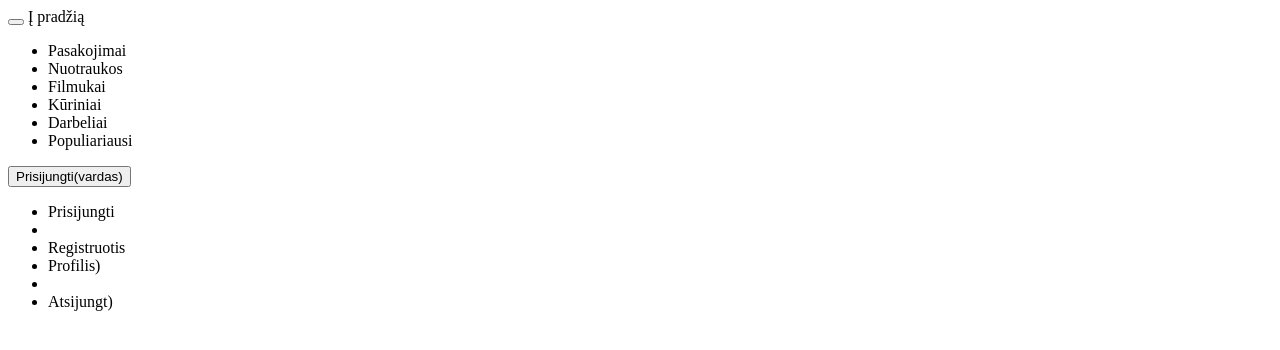
Repository: Skaidrius/Blogas
Page: templates/partials/header.html
The author's editor kept a record of every edit. The page is drawn from the files as they stood at one moment, then again after the next edit.
The browser window is 1280 px wide. The pictures show the whole page.

Above is the page before.

### templates/partials/header.html
<!--header.html-->
<!--Navigation-->
<nav class="navbar navbar-default navbar-fixed-top navbarheight" ng-controller="NavBarController">
  <div class="container-fluid">
    <div class="navbar-header">
      <button type="button" class="navbar-toggle" data-toggle="collapse" data-target=".navbar-collapse" ng-click="isCollapsed = !isCollapsed">
        <span class="icon-bar"></span>
        <span class="icon-bar"></span>
        <span class="icon-bar"></span>
      </button>
      <a class="nav navbar-brand downabit" ui-sref="home" ng-click="filters.type = ''">Į pradžią</a>
    </div>
    <div class="collapse navbar-collapse" collapse="isCollapsed">
      <ul class="nav navbar-nav">
        <li><a class="text-center" ui-sref="tales"      ng-click="filters.type = 'tales'" >   Pasakojimai</a></li>
        <li><a class="text-center" ui-sref="photos"     ng-click="filters.type = 'photos'">   Nuotraukos</a></li>
        <li><a class="text-center" ui-sref="videos"     ng-click="filters.type = 'videos'">   Filmukai</a></li>
        <li><a class="text-center" ui-sref="arts"       ng-click="filters.type = 'arts'">     Kūriniai</a></li>
        <li><a class="text-center" ui-sref="creations"  ng-click="filters.type = 'creations'">Darbeliai</a></li>
        <li><a class="text-center" ui-sref="popular"    ng-click="filters.type = 'popular'">  Populiariausi</a></li>
      </ul>

      <!--<ul class="nav navbar-nav navbar-right" ng-controller="LoginController">-->
      <!--  <li><a class="text-center" ng-click="open('templates/signup.html')"><span class="fa fa-user"></span> Registruotis(vardas/profilis)</a></li>-->
      <!--  <li><a class="text-center" ng-click="open('templates/login.html')"><span class="fa fa-key"></span> Prisijungti(atsijungt)</a></li>-->
      <!--</ul>-->


    <div class="btn-group navbar-right" dropdown is-open="status.isopen" ng-controller="LoginController">
      <button type="button" class="navbar dropdown-toggle downabit" dropdown-toggle ng-disabled="disabled">
        <span class="fa fa-key"></span> Prisijungti(vardas) <span class="caret"></span>
      </button>
      <ul class="dropdown-menu" role="menu">
        <li><a class="text-center" ng-click="open('templates/login.html')"><span class="fa fa-key"></span> Prisijungti</a></li>
        <li class="divider"></li>
        <li><a class="text-center" ng-click="open('templates/signup.html')"><span class="fa fa-users"></span> Registruotis</a></li>
        <li><a class="text-center" ng-click="open('templates/profile.html')"><span class="fa fa-user"></span> Profilis)</a></li>
        <li class="divider"></li>
        <li><a class="text-center" ng-click=""><span class="fa fa-key"></span> Atsijungt)</a></li>
      </ul>
    </div>


    </div>
  </div>
</nav>

After the next edit:
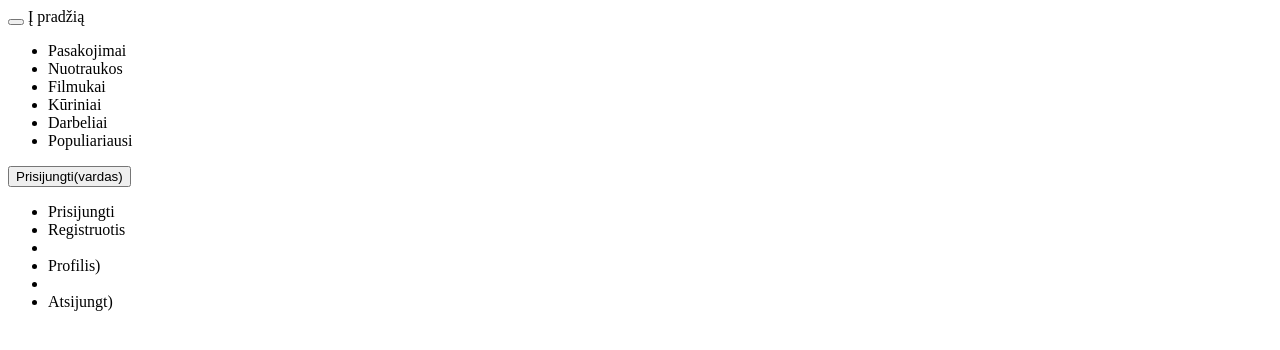
The edit:
--- a/templates/partials/header.html
+++ b/templates/partials/header.html
@@ -20,25 +20,19 @@
         <li><a class="text-center" ui-sref="popular"    ng-click="filters.type = 'popular'">  Populiariausi</a></li>
       </ul>
 
-      <!--<ul class="nav navbar-nav navbar-right" ng-controller="LoginController">-->
-      <!--  <li><a class="text-center" ng-click="open('templates/signup.html')"><span class="fa fa-user"></span> Registruotis(vardas/profilis)</a></li>-->
-      <!--  <li><a class="text-center" ng-click="open('templates/login.html')"><span class="fa fa-key"></span> Prisijungti(atsijungt)</a></li>-->
-      <!--</ul>-->
-
-
-    <div class="btn-group navbar-right" dropdown is-open="status.isopen" ng-controller="LoginController">
-      <button type="button" class="navbar dropdown-toggle downabit" dropdown-toggle ng-disabled="disabled">
-        <span class="fa fa-key"></span> Prisijungti(vardas) <span class="caret"></span>
-      </button>
-      <ul class="dropdown-menu" role="menu">
-        <li><a class="text-center" ng-click="open('templates/login.html')"><span class="fa fa-key"></span> Prisijungti</a></li>
-        <li class="divider"></li>
-        <li><a class="text-center" ng-click="open('templates/signup.html')"><span class="fa fa-users"></span> Registruotis</a></li>
-        <li><a class="text-center" ng-click="open('templates/profile.html')"><span class="fa fa-user"></span> Profilis)</a></li>
-        <li class="divider"></li>
-        <li><a class="text-center" ng-click=""><span class="fa fa-key"></span> Atsijungt)</a></li>
-      </ul>
-    </div>
+      <div class="btn-group navbar-right" dropdown is-open="status.isopen" ng-controller="LoginController">
+        <button type="button" class="navbar dropdown-toggle downabit" dropdown-toggle ng-disabled="disabled">
+          <span class="fa fa-key"></span> Prisijungti(vardas) <span class="caret"></span>
+        </button>
+        <ul class="dropdown-menu" role="menu">
+          <li><a class="text-center" ng-click="open('templates/login.html')"><span class="fa fa-key"></span> Prisijungti</a></li>
+          <li><a class="text-center" ng-click="open('templates/signup.html')"><span class="fa fa-users"></span> Registruotis</a></li>
+          <li class="divider"></li>
+          <li><a class="text-center" ng-click="open('templates/profile.html')"><span class="fa fa-user"></span> Profilis)</a></li>
+          <li class="divider"></li>
+          <li><a class="text-center" ng-click=""><span class="fa fa-key"></span> Atsijungt)</a></li>
+        </ul>
+      </div>
 
 
     </div>
